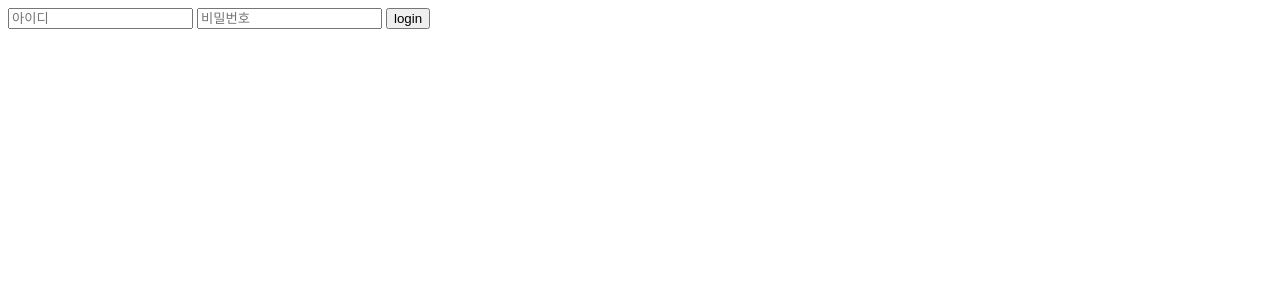
Repository: limbbbyoung/JSP_practice
Page: http://localhost/JSPbasic/jspobject/session/session_login_form.jsp
The author's editor kept a copy of each file at every save. The page is drawn from the files as they stood at one save, then again after the next save.
The browser window is 1280 px wide. The pictures show the whole page.
The page is served by Tomcat 9.

Above is the page before, as saved 2022-03-29 12:18:26.

After the next save:
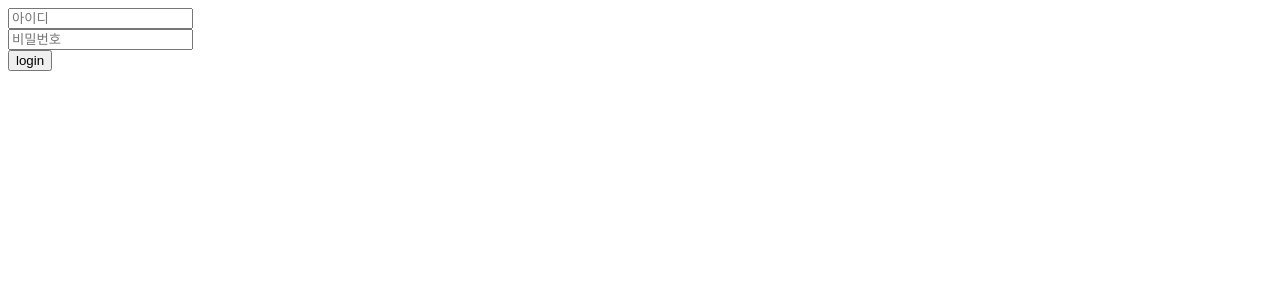
Saved 15 s later.
--- a/JSPbasic/src/main/webapp/jspobject/session/session_login_form.jsp
+++ b/JSPbasic/src/main/webapp/jspobject/session/session_login_form.jsp
@@ -12,8 +12,8 @@
 </head>
 <body>
      <form action="http://localhost:8181/JSPbasic/jspobject/session/session_login_check.jsp" method="post">
-     <input type="text" name="id" placeholder="아이디">
-     <input type="password" name="pw" placeholder="비밀번호">
+     <input type="text" name="id" placeholder="아이디"><br/>
+     <input type="password" name="pw" placeholder="비밀번호"><br/>
      <input type="submit" value="login">
      </form>
 </body>
